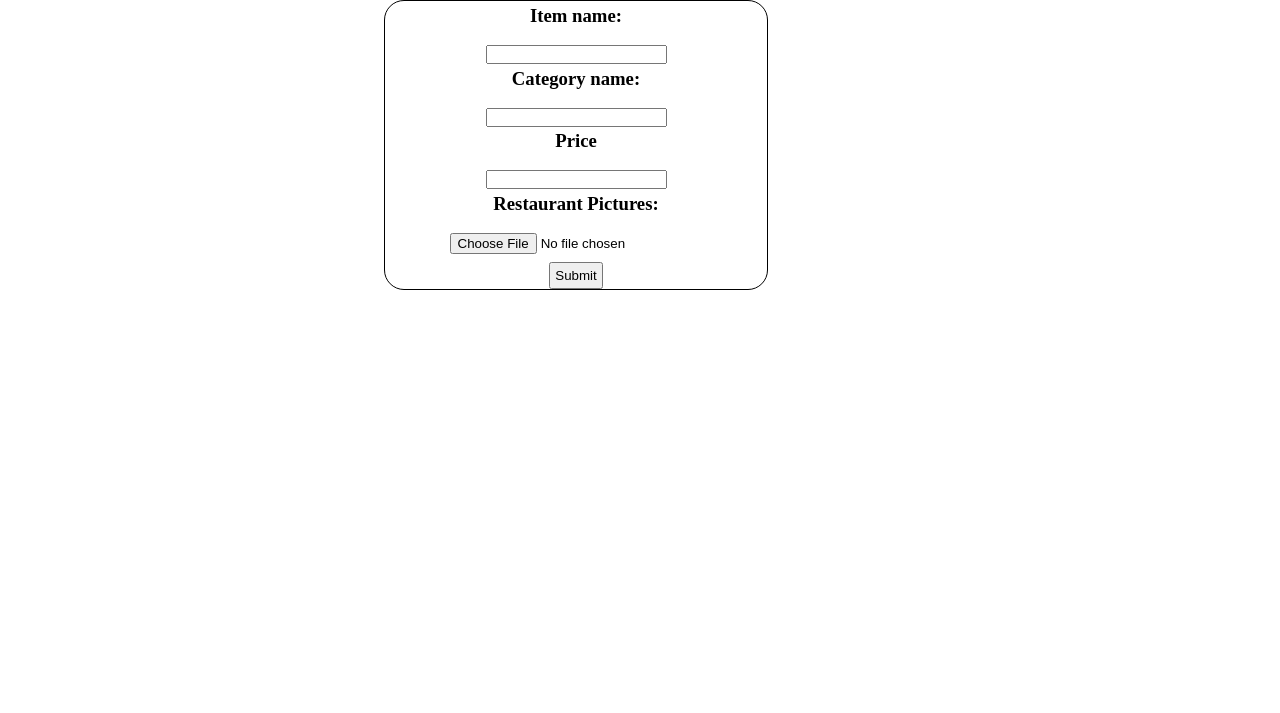
Repository: jatannoury/Ecommerce-Laravel-Electron
Page: Admin-electron/src/HTML/add_item.html
The author's editor kept a copy of each file at every save. The page is drawn from the files as they stood at one save, then again after the next save.
The browser window is 1280 px wide. The pictures show the whole page.

Above is the page before, as saved 2022-06-10 22:56:56.

After the next save:
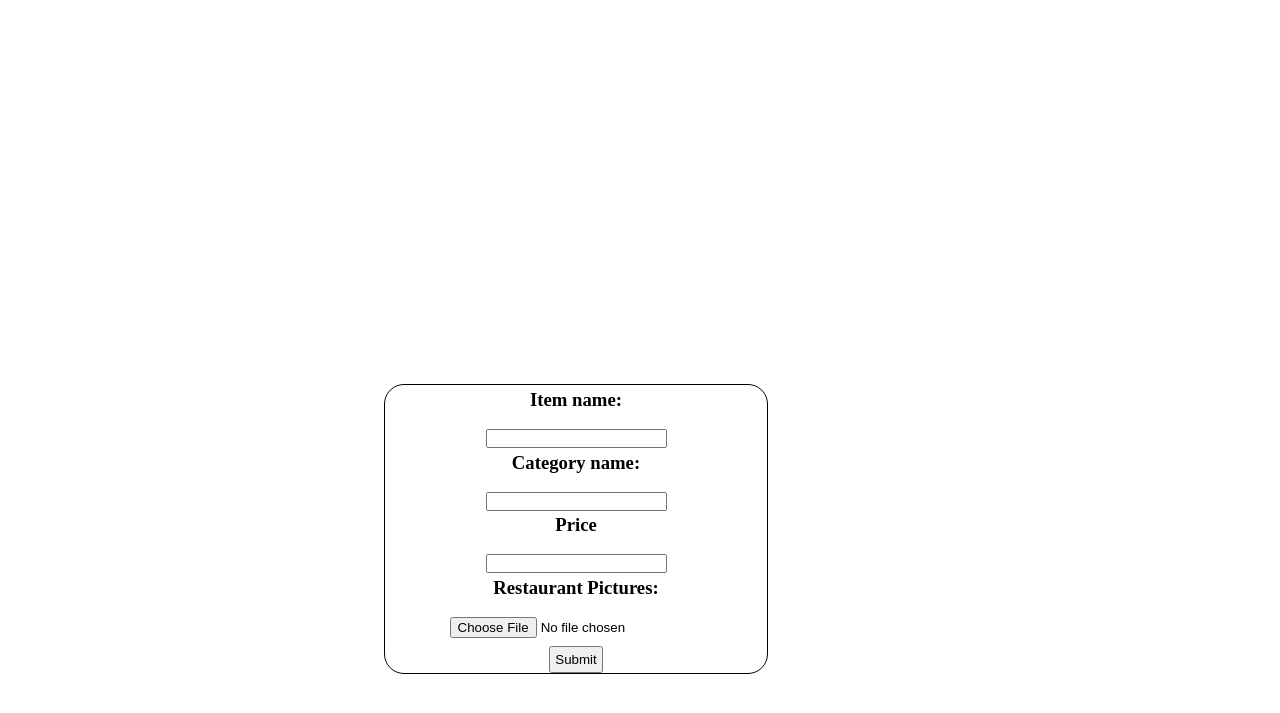
Saved 8 s later.
--- a/Admin-electron/src/CSS/styles.css
+++ b/Admin-electron/src/CSS/styles.css
@@ -38,4 +38,5 @@ form {
     width:30%;
     text-align: center;
     margin-left: 30%;
+    margin-top: 30%;
 }
